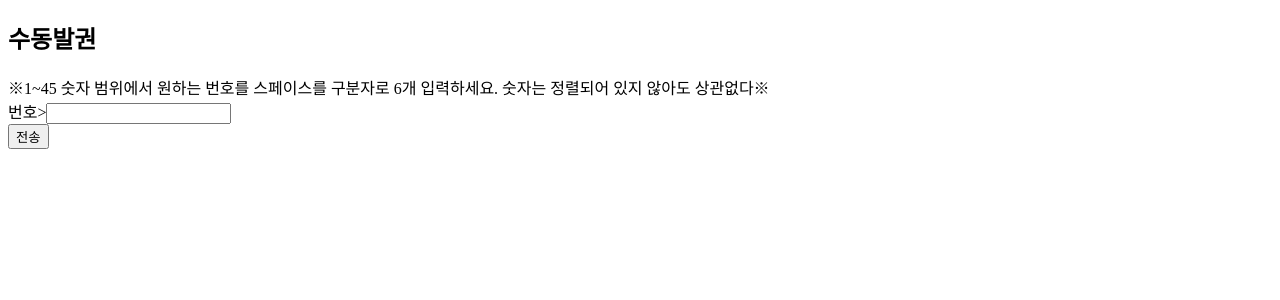
Repository: rnandory/eclipse
Page: http://localhost/WebApp/WEB-INF/view/lotto/gen-manual.jsp
These files come from the project's save history. The page is drawn as it stood at one moment and after the next save; the edit follows.
The browser window is 1280 px wide. The pictures show the whole page.
The page is served by Tomcat 10. Nobody is signed in. The template is opened directly, without the code that normally fills it, so the values that code supplies are empty.

Above is the page before, as saved 2024-07-08 04:06:58.

After the next save:
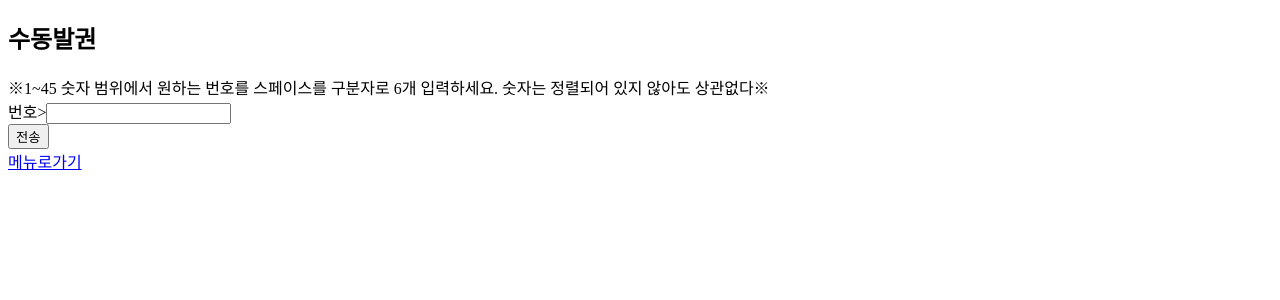
Saved 20 s later.
--- a/WebApp/src/main/webapp/WEB-INF/view/lotto/gen-manual.jsp
+++ b/WebApp/src/main/webapp/WEB-INF/view/lotto/gen-manual.jsp
@@ -10,18 +10,23 @@
 	<section>
 		<h1>수동발권</h1>
 
-		<form>
-			<div>※1~45 숫자 범위에서 원하는 번호를 스페이스를 구분자로 6개 입력하세요. 숫자는 정렬되어 있지 않아도
-				상관없다※</div>
+		<div>
+			<form>
+				<div>※1~45 숫자 범위에서 원하는 번호를 스페이스를 구분자로 6개 입력하세요. 숫자는 정렬되어 있지
+					않아도 상관없다※</div>
 
+				<div>
+					<label>번호&gt;</label><input>
+				</div>
+
+				<div>
+					<button>전송</button>
+				</div>
+			</form>
 			<div>
-				<label>번호&gt;</label><input>
+				<a href="menu">메뉴로가기</a>
 			</div>
-
-			<div>
-				<button>전송</button>
-			</div>
-		</form>
+		</div>
 	</section>
 </body>
 </html>
